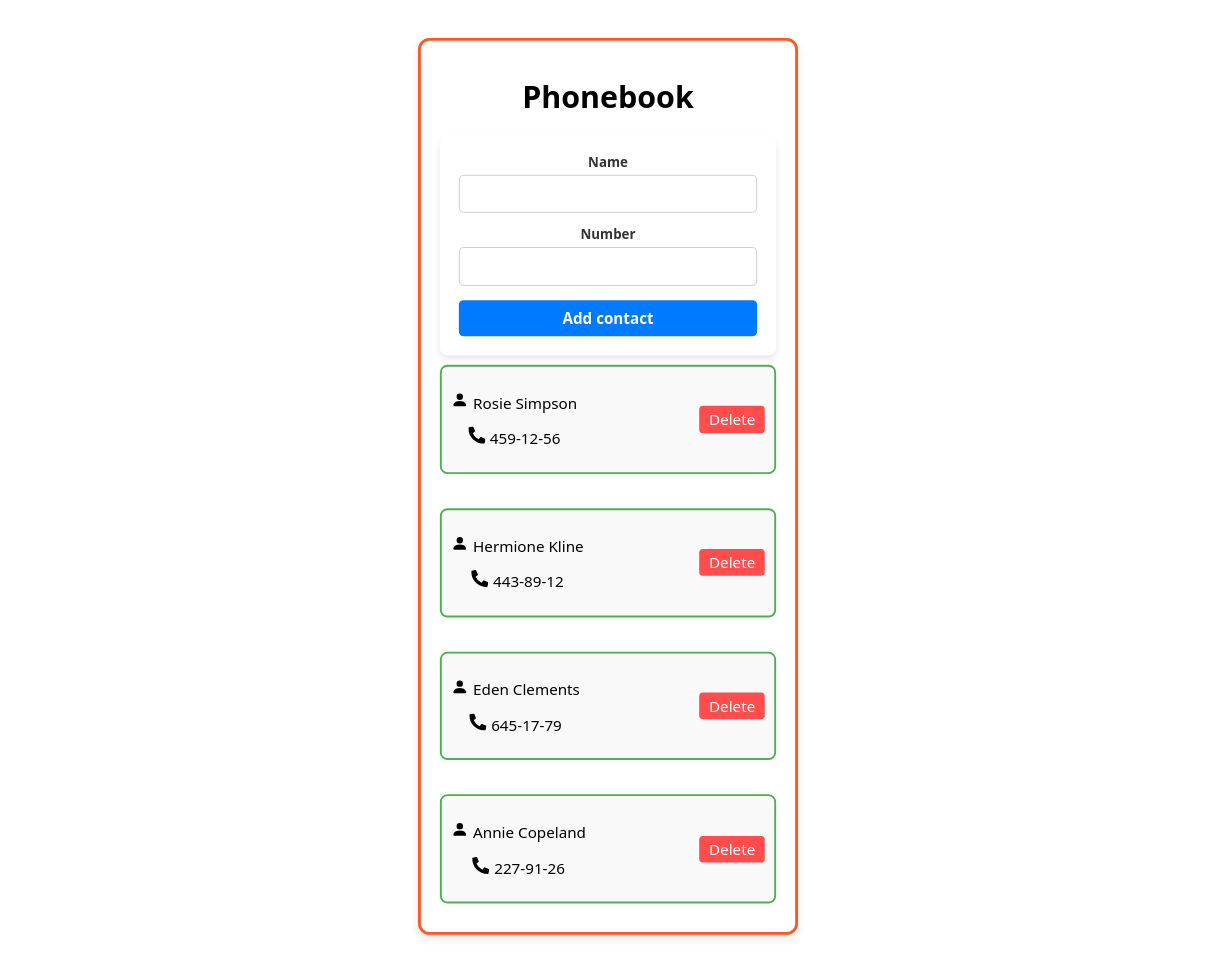
Repository: Evgeniya-Tishakova/goit-react-hw-03
Page: /
The author's editor kept a copy of each file at every save. The page is drawn from the files as they stood at one save, then again after the next save.
The browser window is 1280 px wide. The pictures show the whole page, at 95% of full size.
The project was rebuilt for these pictures with package versions that can differ from the ones it lists, and the page was loaded fresh each time. Also part of the build but not shown: vite.config.js, src/index.css.

Above is the page before, as saved 2025-03-09 15:27:42.

### src/main.jsx
import { StrictMode } from "react";
import { createRoot } from "react-dom/client";
import "./index.css";
import App from "./components/App/App";
import "modern-normalize";

createRoot(document.getElementById("root")).render(
  <StrictMode>
    <App />
  </StrictMode>
);

### src/components/App/App.jsx
import { useState } from "react";
import { nanoid } from "nanoid";

import css from "./App.module.css";
import ContactForm from "../ContactForm/ContactForm";
import ContactList from "../ContactList/ContactList";

export default function App() {
  const [users, setUsers] = useState([
    { id: "id-1", name: "Rosie Simpson", number: "459-12-56" },
    { id: "id-2", name: "Hermione Kline", number: "443-89-12" },
    { id: "id-3", name: "Eden Clements", number: "645-17-79" },
    { id: "id-4", name: "Annie Copeland", number: "227-91-26" },
  ]);
  const [filterContacts, setFilterContacts] = useState("");

  const addUser = (newUser) => {
    setUsers((prevUsers) => {
      return [...prevUsers, newUser];
    });
  };

  const deleteUser = (userId) => {
    console.log(userId);
  };

  const searchUsers = users.filter((user) => user.name.toLowerCase());

  return (
    <>
      <div className={css.container}>
        <h1 className={css.title}>Phonebook</h1>
        <ContactForm onAdd={addUser} />
        <ContactList users={users} onDelete={deleteUser} />
      </div>
    </>
  );
}

### src/components/App/App.module.css
.container {
  max-width: 400px;
  margin: 40px auto;
  padding: 20px;
  border: 3px solid #ff5722;
  border-radius: 12px;
  background-color: #fff;
  box-shadow: 0px 4px 10px rgba(0, 0, 0, 0.1);
  text-align: center;
}

### src/components/ContactForm/ContactForm.jsx
import { Formik, Form, Field, ErrorMessage } from "formik";
import css from "./ContactForm.module.css";
import * as Yup from "yup";
import { nanoid } from "nanoid";

const UserSchema = Yup.object().shape({
  name: Yup.string()
    .min(3, "Too Short!")
    .max(50, "Too Long!")
    .required("Required"),
  number: Yup.number()
    .min(3, "Too short")
    .max(50, "Too long")
    .required("Required"),
});

export default function ContactForm({ onAdd }) {
  const initialValues = {
    name: "",
    number: "",
  };

  const handleSubmit = (values, actions) => {
    console.log("handleSubmit", values);

    onAdd(values, (id = nanoid));
    actions.resetForm();
  };

  // const handleSubmit =(event) => {
  // event.preventDefault();
  //   onAdd({
  //     name: event.target.elements.name.value;
  //     number: event.target.elements.number.value;
  //   })
  // }

  return (
    <Formik
      initialValues={initialValues}
      onSubmit={handleSubmit}
      validation={UserSchema}
    >
      {(props) => (
        <Form className={css.form} onSubmit={props.handleSubmit}>
          <div className={css.container}>
            <label className={css.label}>Name</label>
            <Field className={css.input} type="text" name="name" />
            <ErrorMessage className={css.error} name="name" component="span" />
          </div>
          <div className={css.container}>
            <label className={css.label}>Number</label>
            <Field className={css.input} type="text" name="number" />
            <ErrorMessage
              className={css.error}
              name="number"
              component="span"
            />
          </div>

          <button className={css.button} type="submit">
            Add contact
          </button>
        </Form>
      )}
    </Formik>
  );
}

### src/components/ContactList/ContactList.jsx
import css from "./ContactList.module.css";
import Contact from "../Contact/Contact";

export default function ContactList({ users, onDelete }) {
  return (
    <ul className={css.list}>
      {users.map((user) => (
        <li className={css.item}>
          <Contact
            key={user.id}
            name={user.name}
            number={user.number}
            onDelete={onDelete}
          />
        </li>
      ))}
    </ul>
  );
}

### src/components/ContactForm/ContactForm.module.css
.form {
    display: flex;
    flex-direction: column;
    align-items: center;
    gap: 15px;
    background-color: #fff;
    padding: 20px;
    border-radius: 8px;
    box-shadow: 0 4px 8px rgba(0, 0, 0, 0.1);
    max-width: 400px;
    margin: 0 auto;
}

.container {
    display: flex;
    flex-direction: column;
    width: 100%;
}


.label {
    font-size: 14px;
    font-weight: 600;
    color: #333;
    margin-bottom: 5px;
}

.input {
    width: 100%;
    padding: 10px;
    border: 1px solid #ccc;
    border-radius: 5px;
    font-size: 16px;
    transition: border 0.3s ease;
}

.input:focus {
    border-color: #007bff;
    outline: none;
}

.button {
    width: 100%;
    padding: 10px;
    background-color: #007bff;
    color: white;
    font-size: 16px;
    font-weight: bold;
    border: none;
    border-radius: 5px;
    cursor: pointer;
    transition: background 0.3s ease;
}

.button:hover {
    background-color: #0056b3;
}

.button:active {
    background-color: #004494;
}


.error {
    font-size: 14px;
    color: orangered;
}

### src/components/ContactList/ContactList.module.css
.list {
    margin: 0;
    padding: 0;
    display: flex;
    flex-direction: column;
    gap: 16px;
}

.item {
    border: 2px solid #4caf50;
    border-radius: 8px;
    padding: 10px;
    margin: 10px 0;
    display: flex;
    justify-content: space-between;
    align-items: center;
    background-color: #f9f9f9;
}

.item:hover {
    background-color: #e8f5e9;
}

### src/components/Contact/Contact.jsx
import css from "./Contact.module.css";
import { BsPersonFill } from "react-icons/bs";
import { FaPhoneAlt } from "react-icons/fa";

export default function Contact({ id, name, number, onDelete }) {
  return (
    <>
      <div className={css.container}>
        <p className={css.text}>
          <BsPersonFill className={css.icon} />
          {name}
        </p>
        <p className={css.text}>
          <FaPhoneAlt className={css.icon} />
          {number}
        </p>
      </div>
      <button className={css.button} onClick={() => onDelete}>
        Delete
      </button>
    </>
  );
}

### src/components/Contact/Contact.module.css
.container {}


text {
    margin: 5px 0;
    display: flex;
    align-items: center;

    gap: 8px;
}


.button {
    padding: 5px 10px;
    background-color: #ff4d4d;
    border: none;
    color: white;
    border-radius: 4px;
    cursor: pointer;
    transition: background 0.3s;
}


.button:hover {
    background-color: #cc0000;
}

.icon {
    margin-right: 5px;



    width: 18px;
    height: 18px;
}

Loaded but not shown: index.html (common file)

After the next save:
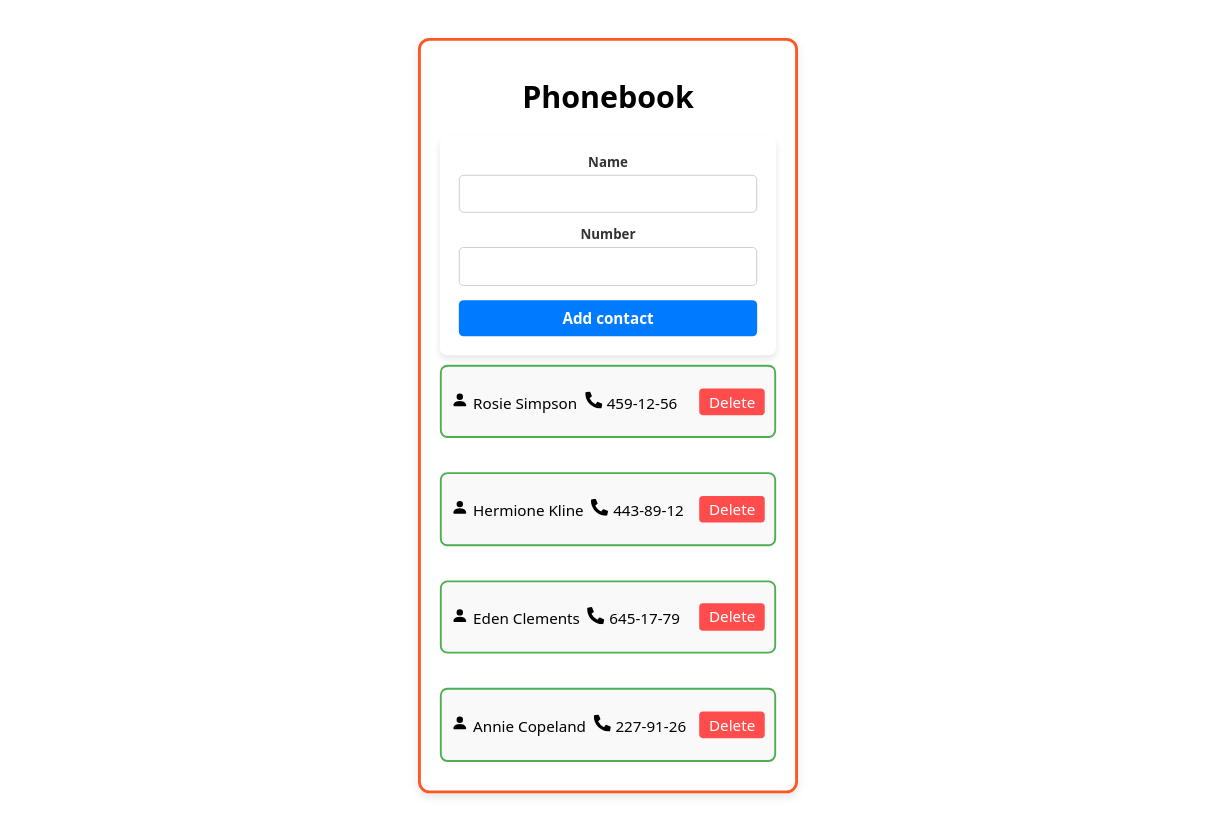
Saved 37 s later.
--- a/src/components/Contact/Contact.module.css
+++ b/src/components/Contact/Contact.module.css
@@ -1,4 +1,9 @@
-.container {}
+.container {
+    display: flex;
+    align-items: center;
+    /* Выровнять иконку по центру */
+    gap: 8px;
+}
 
 
 text {
